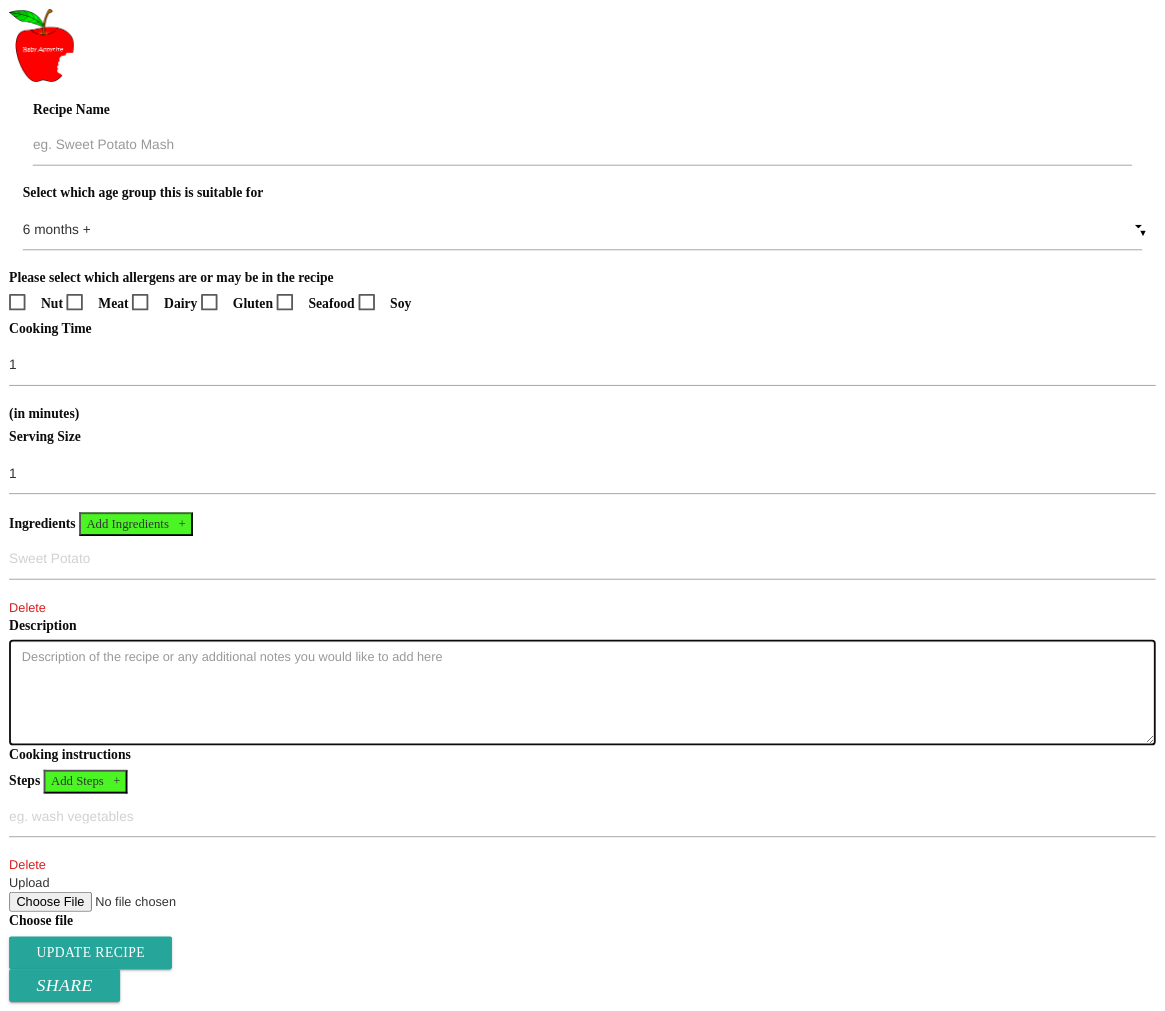
Repository: blueag8/babyappytite
Page: http://localhost/addrecipe
The author's editor kept a record of every edit. The page is drawn from the files as they stood at one moment, then again after the next edit.
The browser window is 1280 px wide. The pictures show the whole page, at 91% of full size.
Some web fonts or font styles are not loaded; a fallback is used. Some web libraries are served in a nearby version. The page is served by the project's application, run on Flask 3 (app.py). Queries for data that is not in the repository find no rows.

Above is the page before.

### templates/addrecipe.html
{% extends 'base.html'%}{% block content %}



<div class="form row">
<form action="{{ url_for('insert_recipe') }}" name="form" method="POST" class="col s12">
      <label class="recipe_name">Recipe Name</label>
      <input type="text" class="form-control" id="recipe_name" name="recipe_name" placeholder="eg. Sweet Potato Mash">
    </div>

<div class="row">
    <div class="category_age">
      <label for="category_age">Select which age group this is suitable for</label>
        <select class="category_age" id="category_age" name="category_age" onclick="getOption()"required>
          <option value=""disabled>choose category</option>
          <option value="6 months +">6 months +</option>
          <option value="7 months +">7 months +</option>
          <option value="10 months +">10 months +</option>
          <option value="12 months +">12 months +</option>
        </select>
      </div>
  </div>
</div>

  <div class = "allergens">
     <label for="allergens" name="allergen">Please select which allergens are or may be in the recipe</label>
      <div class="form-check form-check-inline">
        <input class="form-check-input" type="checkbox" id="nut" name="allergen" value="nut">
        <label class="form-check-label" for="nut">Nut</label>


        <input class="form-check-input" type="checkbox" id="meat" name="allergn" value="meat">
        <label class="form-check-label" for="meat">Meat</label>


        <input class="form-check-input" type="checkbox" id="dairy" name="allergen" value="dairy">
        <label class="form-check-label" for="dairy">Dairy</label>

        <input class="form-check-input" type="checkbox" id="gluten" name="allergen" value="gluten">
        <label class="form-check-label" for="gluten">Gluten</label>

        <input class="form-check-input" type="checkbox" id="seafood" name="allergen" value="seafood">
        <label class="form-check-label" for="seafood">Seafood</label>

        <input class="form-check-input" type="checkbox" id="soy" name="allergen" value="soy">
        <label class="form-check-label" for="soy">Soy</label>
    </div>
</div>

<div class="row">
    <label for="cooking_time">Cooking Time</label>

      <input type="number" name="cooking_time" min="0" max="100" step="1" value="1">
      <label>(in minutes)</label>
  </div>

 <div class="row">
    <label for="portion_sizes">Serving Size</label>
    <input type="number" name="portion_size" min="0" max="100" step="1" value="1">
  </div>


<div class="row">
    <div class= "wrapper">
       <div class="container1">
        <label for="ingredients">Ingredients</label>
        <button class="add_ingredients">Add Ingredients &nbsp;
          <span>+ </span>
        </button>
        <div><input type="text" name="ingredient" placeholder="Sweet Potato">
          <a href="#" class="delete">Delete</a></div>
      </div>
    </div>
  </div>
</div>

 <div class="recipe_description">
    <label for="recipe_description">Description</label>
      <div class="row">
      <textarea class="form-control" id="recipe_description" name="recipe_description" rows="5" placeholder="Description of the recipe or any additional notes you would like to add here"></textarea>
       </div>
    </div>

 <div class="steps">
    <label for="add_steps">Cooking instructions</label>
<!-------https://stackoverflow.com/questions/14853779/adding-input-elements-dynamically-to-form ----->
      <div class= "wrapper">
        <div class="container2">
         <label for="Steps">Steps</label>
          <button class="add_steps">Add Steps &nbsp;
            <span>+ </span>
          </button>
            <div><input type="text" name="step" placeholder="eg. wash vegetables">
            <a href="#" class="delete">Delete</a></div>
            </div>
        </div>
     </div>
 </div>

  <div class="input-group mb-3">
  <div class="input-group-prepend">
    <span class="input-group-text">Upload</span>
  </div>
  <div class="custom-file">
    <input type="file" class="custom-file-input" id="image">
    <label class="custom-file-label" for="image">Choose file</label>
  </div>
</div>


<!-- Button trigger modal -->
<button type="button" class="btn btn-primary" data-toggle="modal" data-target="#exampleModalCenter">
 Update Recipe
</button>

<!-- Modal -->
<div class="modal fade" id="exampleModalCenter" tabindex="-1" role="dialog" aria-labelledby="exampleModalCenterTitle" aria-hidden="true">
  <div class="modal-dialog modal-dialog-centered" role="document">
    <div class="modal-content">
      <div class="modal-header">
        <h5 class="modal-title" id="exampleModalLongTitle"></h5>
        <button type="button" class="close" data-dismiss="modal" aria-label="Close">
          <span aria-hidden="true">&times;</span>
        </button>
      </div>
      <div class="modal-body">
        Are you sure you would like to update this?
      </div>
      <div class="modal-footer">
        <button type="button" class="btn btn-secondary" data-dismiss="modal">No changed my mind</button>
        <button type="submit" class="btn btn-primary" name="action" value="submit">Yes, Please Save changes</button>
      </div>
    </div>
  </div>
</div>
  <div class="row">
      <button class="btn waves-effect waves-light" type="submit" name="action" value="submit">
          <i class="material-icons add_box">Share</i>
       </button>
  </div>
</div>
</div>
</form>

 {% endblock %}

### templates/base.html
<!DOCTYPE html>
<html lang="en">
<head>
    <meta charset="UTF-8">
    <meta name="viewport" content="width=device-width, initial-scale=1.0">
    <meta http-equiv="X-UA-Compatible" content="ie=edge">

    <title>"Baby Appy-tite | Recipes for 6 months +"</title>

    <link rel="stylesheet" href="https://maxcdn.bootstrapcdn.com/bootstrap/3.3.7/css/bootstrap.min.css" type="text/css">
    <link rel="stylesheet" href="https://stackpath.bootstrapcdn.com/font-awesome/4.7.0/css/font-awesome.min.css" type="text/css">
    <link href="https://fonts.googleapis.com/css?family=Emilys+Candy&display=swap" rel="stylesheet">
    <link rel="stylesheet" href="https://cdnjs.cloudflare.com/ajax/libs/materialize/0.100.2/css/materialize.min.css">
    <link rel="stylesheet" href="{{url_for('static', filename='css/style.css')}}" type="text/css" />
</head>
<header>
         <div class="nav-wrapper">
              <div class="navbar img">
                 <a class="icon" href="{{url_for('home')}}">
                      <img src="/static/img/babyappytite.png">
                </a>
            </div>
        </div>
      </div>
</header>
<body>
    <div class="container-fluid">
        {% block content %}{% endblock %}
    </div>

    <script src="https://cdnjs.cloudflare.com/ajax/libs/jquery/3.3.1/jquery.min.js"></script>
    <script src="https://cdnjs.cloudflare.com/ajax/libs/jquery/3.2.1/jquery.min.js"></script>
    <script src="https://maxcdn.bootstrapcdn.com/bootstrap/3.3.7/js/bootstrap.min.js" integrity="sha384-Tc5IQib027qvyjSMfHjOMaLkfuWVxZxUPnCJA7l2mCWNIpG9mGCD8wGNIcPD7Txa" crossorigin="anonymous"></script>
    <script src="https://cdnjs.cloudflare.com/ajax/libs/materialize/0.100.2/js/materialize.min.js"></script>
    <script type="text/javascript">
        $(document).ready(function() {
    var max_fields = 10;
    var wrapper = $(".container1");
    var add_button = $(".add_ingredients");
    var x = 1;
    $(add_button).click(function(e) {
        e.preventDefault();
        if (x < max_fields) {
            x++;
            $(wrapper).append('<div><input type="text" name="ingredient[]"/><a href="#" class="delete">Delete</a></div>'); //add input box
        } else {
            alert('You Reached the limits');
        }
    });
    $(wrapper).on("click", ".delete", function(e) {
        e.preventDefault();
        $(this).parent('div').remove();
        x--;
    });
 });
    </script>

 <script type="text/javascript">
 $(document).ready(function() {
    var max_fields = 10;
    var wrapper = $(".container2");
    var add_button = $(".add_steps");
    var x = 1;
    $(add_button).click(function(e) {
        e.preventDefault();
        if (x < max_fields) {
            x++;
            $(wrapper).append('<div><input type="text" name="step[]"/><a href="#" class="delete">Delete</a></div>'); //add input box
        } else {
            alert('You Reached the limits');
        }
    });
    $(wrapper).on("click", ".delete", function(e) {
        e.preventDefault();
        $(this).parent('div').remove();
        x--;
    });
 });
      </script>

  <script type="text/javascript">
    $(document).ready(function() {
    $('select').material_select();
  });
    </script>



</body>

</html>

### app.py
import pymongo
import os


from bson.objectid import ObjectId
from flask import Flask, render_template, redirect, request, url_for, flash
from flask_pymongo import PyMongo

#connect to database
app = Flask(__name__)

app.config['MONGO_DBNAME'] ="Baby_Recipes"
app.config["MONGO_URI"] ="mongodb+srv://blueag8:mongo8@cluster0-iodau.mongodb.net/Baby_Recipes?retryWrites=true&w=majority"
app.config['SECRET_KEY'] = 'yum'

mongo = PyMongo(app)


#home page



@app.route('/')
def home():
    return render_template("index.html", recipes=mongo.db.recipes.find())

#get
#single recipe

@app.route('/recipe/<recipe_id>')
def recipe(recipe_id):
    recipes=mongo.db.recipes.find({"_id": ObjectId(recipe_id)})

    #stars
    mongo.db.recipes.find_one_and_update(
        {'_id': ObjectId(recipe_id)},
        { '$inc': { 'stars': 1}})

    return render_template("recipe.html", recipes=recipes )

#TEST1

#recipes categorized per page route

#@app.route('/recipes')
#def recipes():
   # recipes=mongo.db.recipes.find()
    #TEST
    #for recipe in recipes:
      #  print(recipe)

   # return render_template("recipes.html")

@app.route('/sixmonth_recipes')
def sixmonth_recipes():
   return render_template("recipes.html", recipes=mongo.db.recipes.find({"category_age":"6 months +"}))

@app.route('/sevenmonth_recipes')
def sevenmonth_recipes():
    return render_template("recipes.html", recipes=mongo.db.recipes.find({"category_age":"7 months +"}))

@app.route('/tenmonth_recipes')
def tenmonth_recipes():
    return render_template("recipes.html", recipes=mongo.db.recipes.find({"category_age":"10 months +"}))

@app.route('/twelvemonth_recipes')
def twelvemonth_recipes():
    return render_template("recipes.html",recipes=mongo.db.recipes.find({"category_age":"12 months +"}))

#add recipe

@app.route('/addrecipe')
def addrecipe():
    #return render_template("testform.html",recipes=mongo.db.recipes.find(),
          # categories=mongo.db.categories.find())
    return render_template("addrecipe.html", recipes=mongo.db.recipes.find(),
           categories=mongo.db.categories.find())

 #took idea for flash from https://github.com/Deirdre18/dumpdinners-recipe-app/blob/master/app.py

#@app.route('/insert_recipe', methods=['POST'])
#def insert_recipe():
   # recipes=mongo.db.recipes
   # recipes.insert(request.form.to.dict(flat=False))
   # flash ("Thank you, your recipe has been added!")

    #return render_template("addrecipe.html", recipe=recipe)
    #Test1 Failed

    #Testing2
@app.route('/insert_recipe', methods=['GET','POST'])
def insert_recipe():
    recipes=mongo.db.recipes

    if 'image' in request.files:
        filename = image.save(request.files['image'])
        filepath = 'static/image/uploads/' + filename

    recipe_name=request.form["recipe_name"]
    category_age=request.form.get("category_age")
    cooking_time=int(request.form["cooking_time"])
    portion_sizes=int(request.form["portion_size"])
    allergens=request.form.getlist("allergen")
    ingredients=request.form.getlist("ingredient")
    recipe_description=request.form["recipe_description"]
    steps=request.form.getlist("step")
    filename = image.save(request.files['image'])

    form={

        "recipe_name":recipe_name,
        "category_age":category_age,
        "cooking_time":cooking_time,
        "portion_size":portion_sizes,
        "allergen": allergens,
        "ingredient": ingredients,
        "recipe_description":recipe_description,
        "step": steps,

          }



    recipes.insert_one(form)
    #flash ("Thank you, your recipe has been added!")
    return redirect(url_for('home'))


#edit recipe
#@app.route('/editrecipe/<recipe_id>', methods=['GET','POST'])
#def editrecipe(recipe_id):

    #return render_template("testform.html",recipes=mongo.db.recipes.find(),
          # categories=mongo.db.categories.find())
    #return render_template("editrecipe.html",recipes=mongo.db.recipes.find({"_id": ObjectId(recipe_id)}),
          # categories=mongo.db.categories.find())

#TESTING
@app.route('/editrecipe/<recipe_id>')
def editrecipe(recipe_id):
    the_recipe = mongo.db.recipes.find_one({'_id': ObjectId(recipe_id)})
    all_categories=mongo.db.category_age.find_one()
    return render_template('editrecipe.html', recipe=the_recipe, category_age=all_categories)

@app.route('/update_recipe/<recipe_id>', methods=['POST'])
def update_recipe(recipe_id):
    recipes=mongo.db.recipes
    recipes.update( {'_id': ObjectId(recipe_id)},


    {
            'recipe_name':request.form.get("recipe_name"),
            'category_age':request.form.get("category_age"),
            'cooking_time':int(request.form["cooking_time"]),
            'portion_sizes':int(request.form["portion_size"]),
            'allergens':request.form.getlist('check'),
            'ingredients':request.form.getlist("ingredient"),
            'recipe_description':request.form.get("recipe_description"),
            'steps':request.form.getlist("step"),
            'stars':int(request.form["stars"]),
            'filename':image.save(request.files['image']),
      })

    #flash ("Thank you, your recipe has been added!")
    return redirect(url_for('home'), filepath = '../static/image/uploads' + filename,)

   # filepath = '../static/img/' + filename

    #filename = image.save(request.files['image']

@app.route('/delete_recipe/<recipe_id>')
def delete_recipe(recipe_id):
    mongo.db.recipes.remove({'_id': ObjectId(recipe_id)})
    return redirect(url_for('home'))

# routing for likes
#referred to another student's code for likes.

@app.route('/stars/<recipe_id>',methods=["GET", "POST"])
def stars(recipe_id):
    mongo.db.recipes.find_one_and_update(
        {'_id': ObjectId(recipe_id)},
        { '$inc': { 'stars': 1}}
    )

    return render_template("recipe.html")


if __name__ == '__main__':
    app.run(host=os.environ.get('IP'),
            port=int(os.environ.get('PORT')),
            debug=True)

### static/css/style.css
img {
    height: 170px;
}

img .edit {
    height: 80px;
}
.apple img {
    height: 250px;
}

.caterpillar img {
    height: 128px;
}
card-body {
    font-size: large;
    text-align: justify;
    text-align: right;
    padding: 20px;
    margin: 20px;
    font-style: inherit;
}


.navbar img {
    height: 80px;
}

.row {
    margin-bottom: 0px;
}

.form-control {
    color: #0c0c0c;
    background-color: #fff;
    background-image: none;
    border: 2px solid #0b0b0b;
}
label {
   color: #0c0c0c;
    font-family: 'Emilys Candy', cursive;
    /* font-family: Emily; */
    font-size: 15px;
}

button{
    background-color: #4bf524;
    font-family: 'Emily';
}
.delete {
    color: #db1f1f;
}

/*---------Navbar----------*/
.navbar {
    position: relative;
    min-height: 50px;
    margin-bottom: 20px;
    border: none;
    background-color: transparent;
}
.navbar-brand img {
    height: 50px;
}

 /* icon prefix focus color */
.input-field .prefix.active {
     color: red;
   }
/*-----Media Queries--------*/

@media (min-width: 375px)
{
body {
    margin: 10px;
}
img {
    height: 100px;
}
.age img {
    height: 170px;
}
apple img {
    height: 180px;
}
.caterpillar img {
    height: 80px;
}
img.edit {
    height: 50px;
}
}

After the next edit:
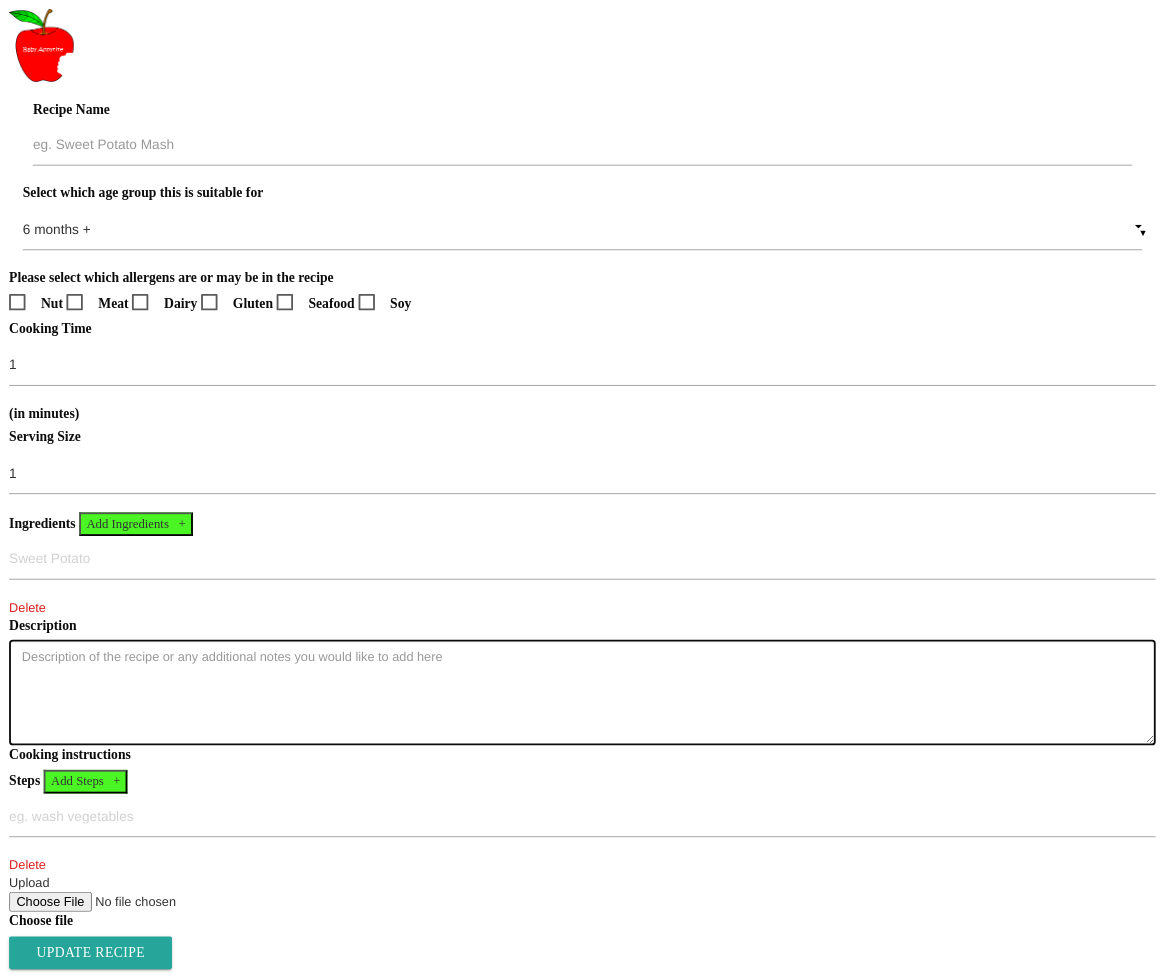
The edit:
--- a/templates/addrecipe.html
+++ b/templates/addrecipe.html
@@ -133,10 +133,7 @@
     </div>
   </div>
 </div>
-  <div class="row">
-      <button class="btn waves-effect waves-light" type="submit" name="action" value="submit">
-          <i class="material-icons add_box">Share</i>
-       </button>
+
   </div>
 </div>
 </div>
